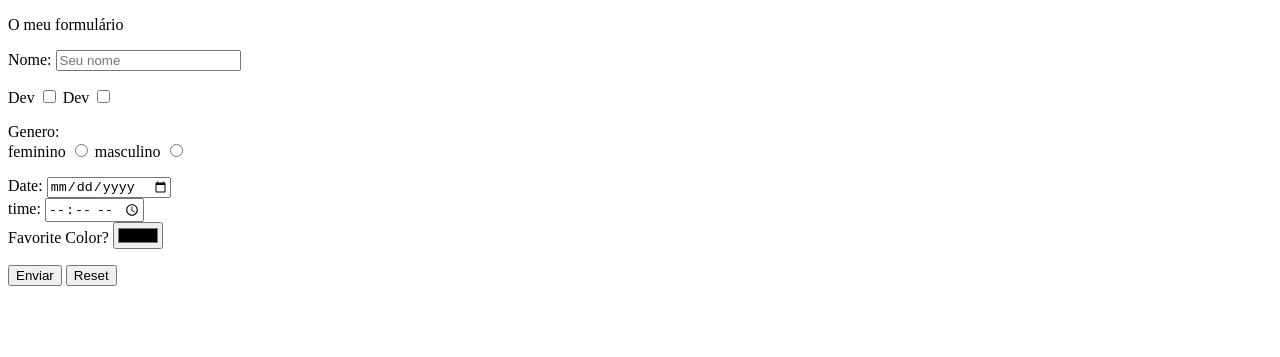
Repository: danilodscosta/CursoHTML
Page: index2.html
These files come from the project's save history. The page is drawn as it stood at one moment and after the next save; the edit follows.
The browser window is 1280 px wide. The pictures show the whole page.

Above is the page before, as saved 2023-11-02 15:28:47.

### index2.html
<!DOCTYPE html>
<html lang="pt-BR">

<head>
    <meta charset="utf-8">
    <meta name="viewport"
    content="width=device-width, inital-scale=1.0">
    <title>HTML</title>

    <style>
        label {
            cursor: pointer;
        }

    </style>
</head>

<body>
    <form action="#" method="get" autocomplete="off">
        <p>O meu formulário</p>
        <p>
            <label for="nome">Nome:</label>
            <input type="text" id="nome" name="nome" placeholder="Seu nome" required>
        </p>

        <p>
            <label for="dev">Dev</label>
            <input type="checkbox" id="dev">
            <label for="dev">Dev</label>
            <input type="checkbox" id="dev">
        </p>

        <p>
            Genero:<br>
            <label for="feminino">feminino</label>
            <input type="radio" id="feminino" name="genero" value="feminino">
            <label for="masculino">masculino</label>
            <input type="radio" id="masculino" name="genero" value="masculino">
        </p>

        <p>
            <label for="date">Date:</label>
            <input type="date" id="date" name="date">
            <br>
            <label for="hora">time:</label>
            <input type="time" id="hora" name="hora">
            <br>
            <label for="cor">Favorite Color?</label>
            <input type="color" id="cor" name="cor">
        </p>

        <p>
            <button type="submit">Enviar</button>
            <button type="reset">Reset</button>
        </p>

    </form>

</body>

</html>

After the next save:
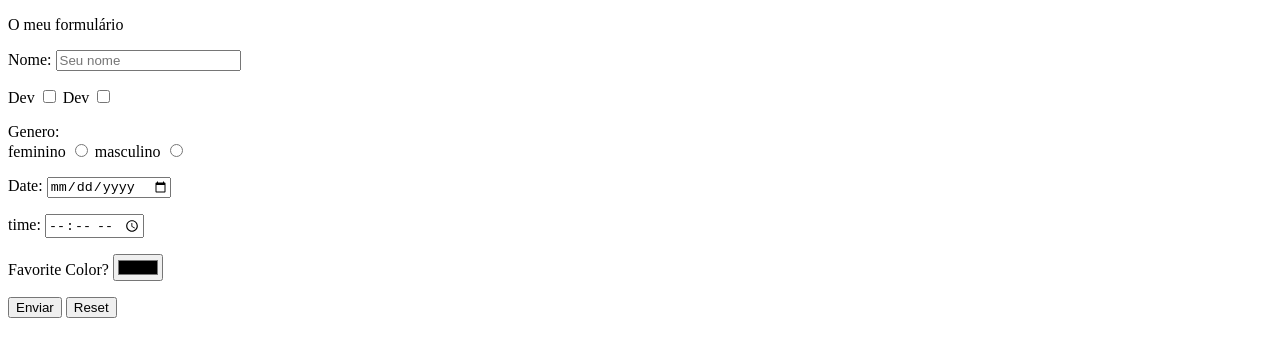
Saved 68 s later.
--- a/index2.html
+++ b/index2.html
@@ -41,10 +41,14 @@
         <p>
             <label for="date">Date:</label>
             <input type="date" id="date" name="date">
-            <br>
+        </p>
+
+        <p>
             <label for="hora">time:</label>
             <input type="time" id="hora" name="hora">
-            <br>
+        </p>
+
+        <p>
             <label for="cor">Favorite Color?</label>
             <input type="color" id="cor" name="cor">
         </p>
